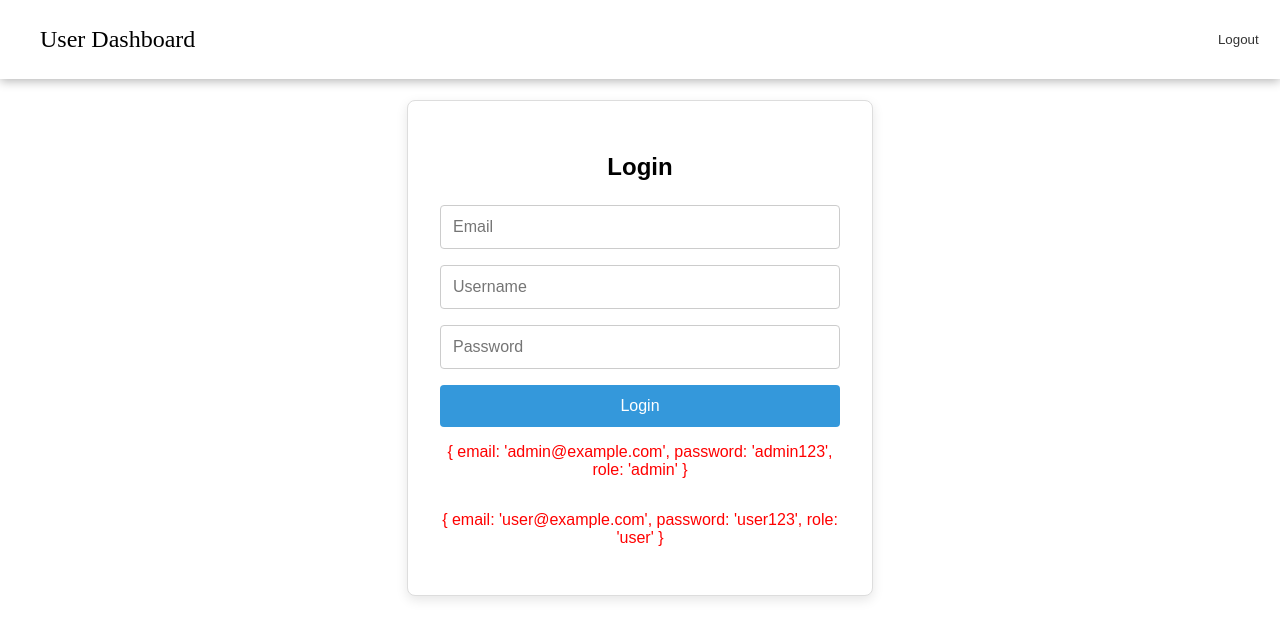
Repository: Edmund-Kiama/todoPHP
Page: / (app in task-manager-frontend/)
An editor plug-in stored every save of this project. The page is shown before and after the next save, followed by the edit.
The browser window is 1280 px wide. The pictures show the whole page.
The project was rebuilt for these pictures with package versions that can differ from the ones it lists, and the page was loaded fresh each time. Also part of the build but not shown: task-manager-frontend/vite.config.js, task-manager-frontend/src/components/Admin/admin.css, task-manager-frontend/src/components/Admin/AdminDashboard.vue, task-manager-frontend/src/components/User/user.css, task-manager-frontend/src/components/User/UserDashboard.vue, task-manager-frontend/src/components/Auth/Signup.vue.

Above is the page before, as saved 2025-07-12 22:46:37.

After the next save:
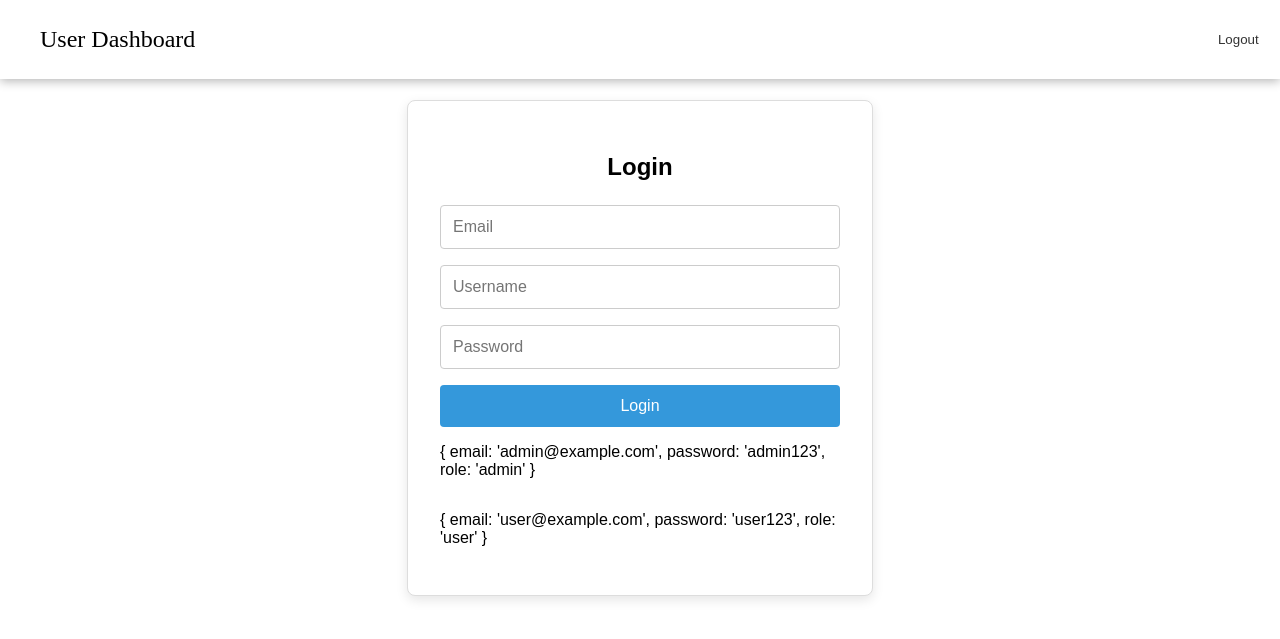
Saved 9 s later.
--- a/task-manager-frontend/src/components/Auth/login.css
+++ b/task-manager-frontend/src/components/Auth/login.css
@@ -42,7 +42,7 @@
     background-color: #2980b9;
   }
 
-  .login-container p {
+  .login-container .error {
     color: red;
     text-align: center;
     margin-top: 1rem;
